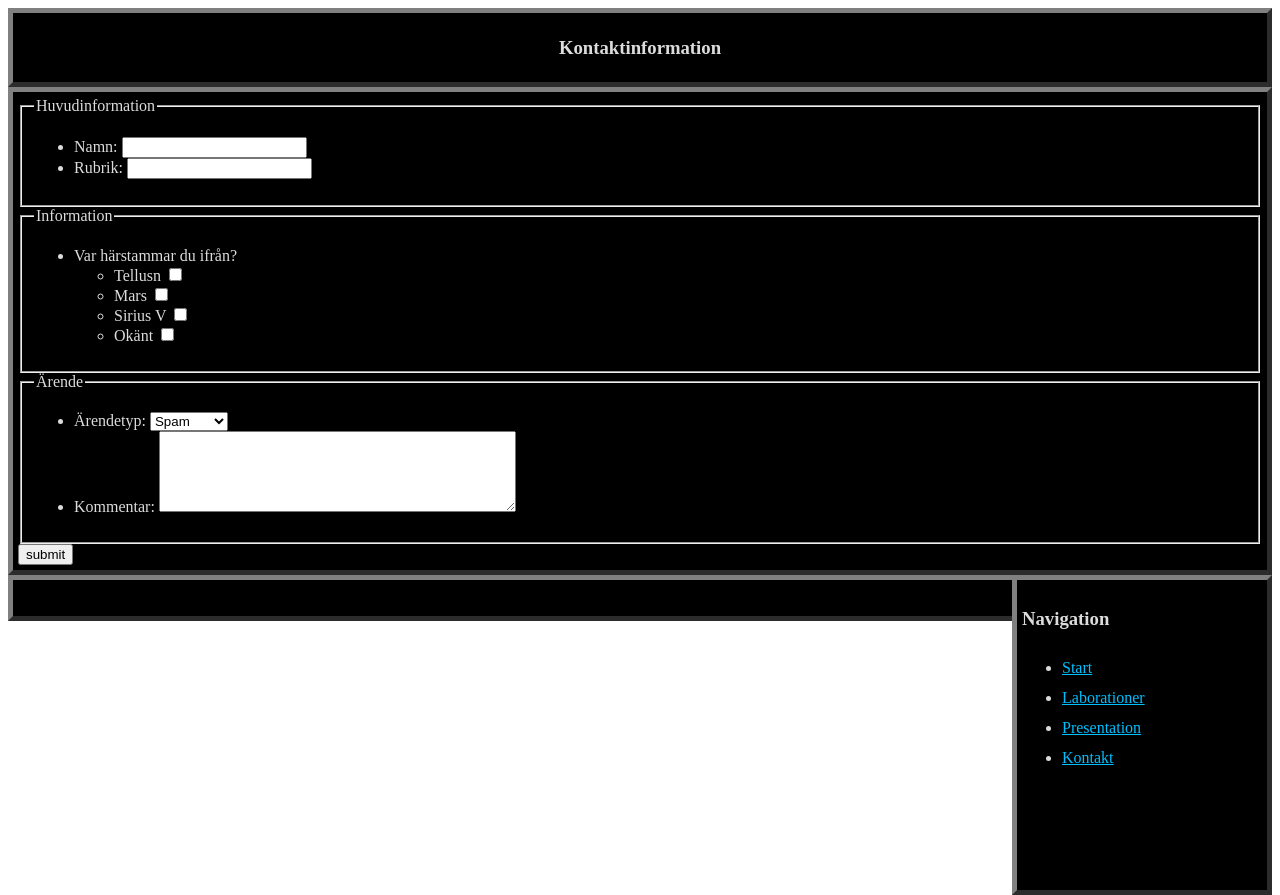
Repository: cg222im/1IK415_cg222im
Page: pages/kontakt.html
The author's editor kept a record of every edit. The page is drawn from the files as they stood at one moment, then again after the next edit.
The browser window is 1280 px wide. The pictures show the whole page.

Above is the page before.

After the next edit:
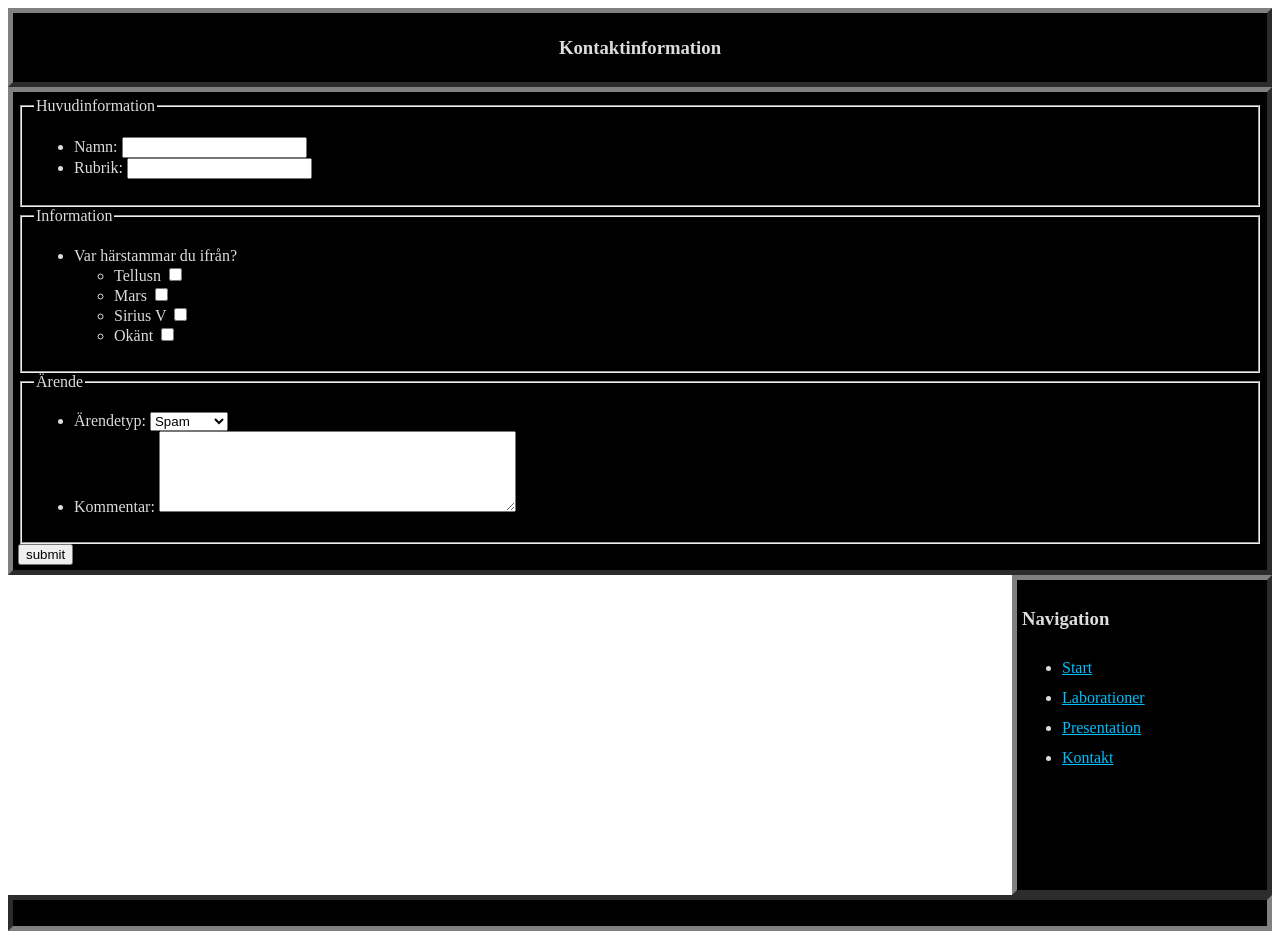
The edit:
--- a/pages/kontakt.html
+++ b/pages/kontakt.html
@@ -69,7 +69,7 @@
         </ul>
     </div>
 
-    <div id="main">
+    <div id="footer">
      <p></p>
     </div>
 
